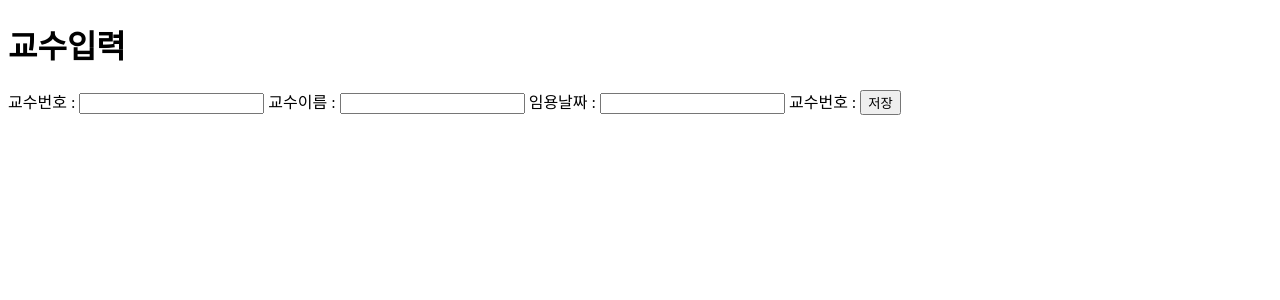
Repository: odasd/Ark-html
Page: 20200429/ex20200507/WebContent/pinsert.html
An editor plug-in stored every save of this project. The page is shown before and after the next save, followed by the edit.
The browser window is 1280 px wide. The pictures show the whole page.
Some web libraries are served in a nearby version.

Above is the page before, as saved 2020-05-07 01:11:24.

### 20200429/ex20200507/WebContent/pinsert.html
<!DOCTYPE html>
<html>
<head>
	<meta charset="UTF-8">
	<title>교수입력</title>
</head>
<body>
	<H1>교수입력</H1>
	<div>
		교수번호 : <input type="text" id="txtpcode">
		교수이름 : <input type="text" id="txtpname">
		임용날짜 : <input type="text" id="txthiredate">
		교수번호 : <input type="button" id="btninsert" value="저장">
	</div>
</body>
</html>

After the next save:
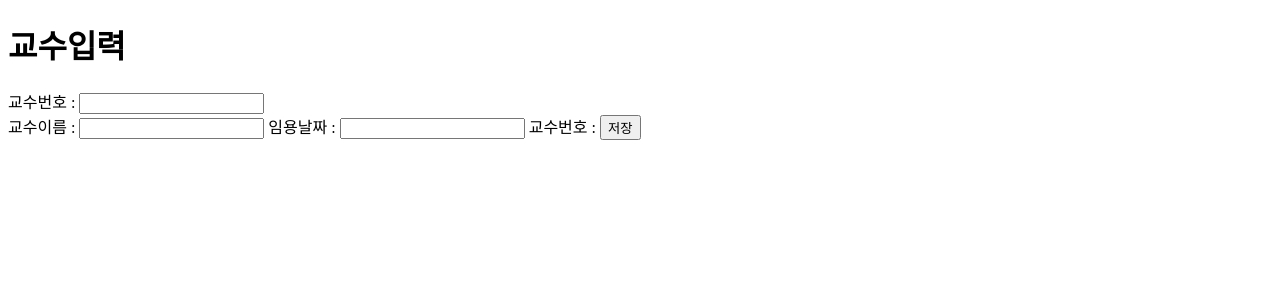
Saved 88 s later.
--- a/20200429/ex20200507/WebContent/pinsert.html
+++ b/20200429/ex20200507/WebContent/pinsert.html
@@ -3,11 +3,13 @@
 <head>
 	<meta charset="UTF-8">
 	<title>교수입력</title>
+	<script src="http://code.jquery.com/jquery-1.9.1.js"></script>
+	<script src="https://cdnjs.cloudflare.com/ajax/libs/handlebars.js/3.0.1/handlebars.js"></script>
 </head>
 <body>
 	<H1>교수입력</H1>
 	<div>
-		교수번호 : <input type="text" id="txtpcode">
+		교수번호 : <input type="text" id="txtpcode"><br>
 		교수이름 : <input type="text" id="txtpname">
 		임용날짜 : <input type="text" id="txthiredate">
 		교수번호 : <input type="button" id="btninsert" value="저장">
